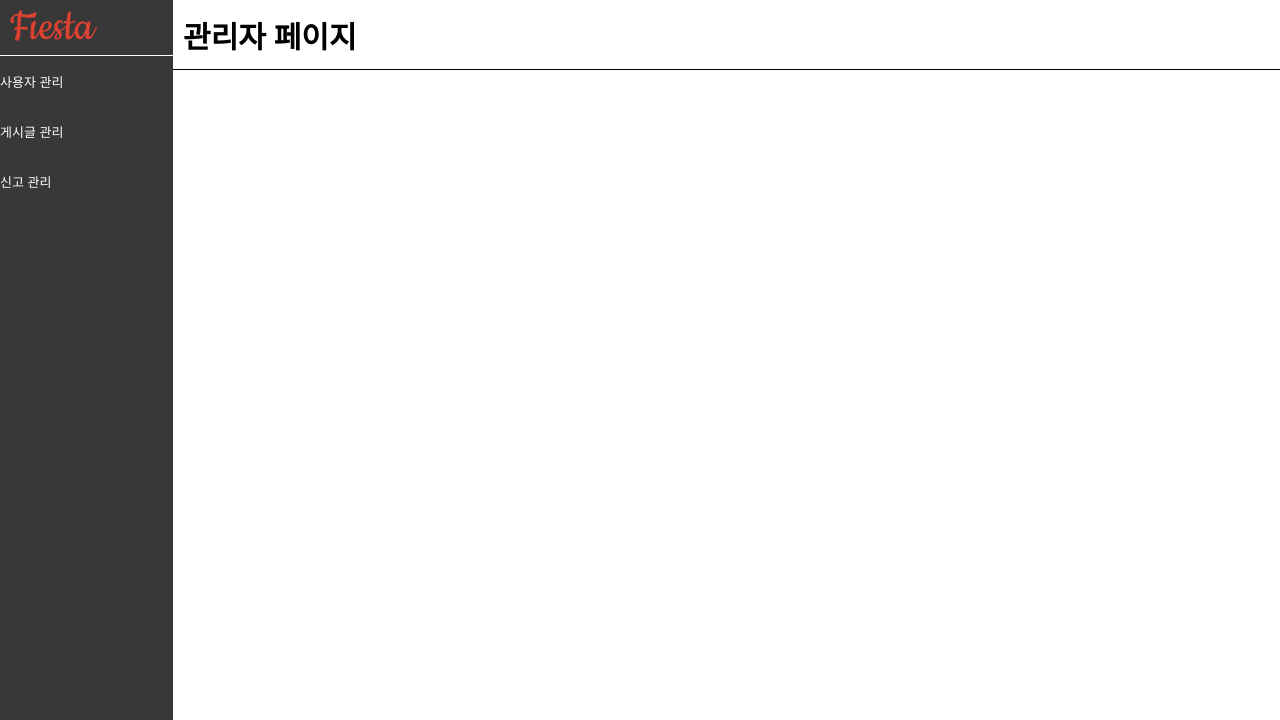
Repository: SNSFiestaTeam/Fiesta
Page: Fiesta/src/main/webapp/html/management/management.html
The author's editor kept a copy of each file at every save. The page is drawn from the files as they stood at one save, then again after the next save.
The browser window is 1280 px wide. The pictures show the whole page.
Some web fonts or font styles are not loaded; a fallback is used.

Above is the page before, as saved 2022-12-06 11:54:04.

After the next save:
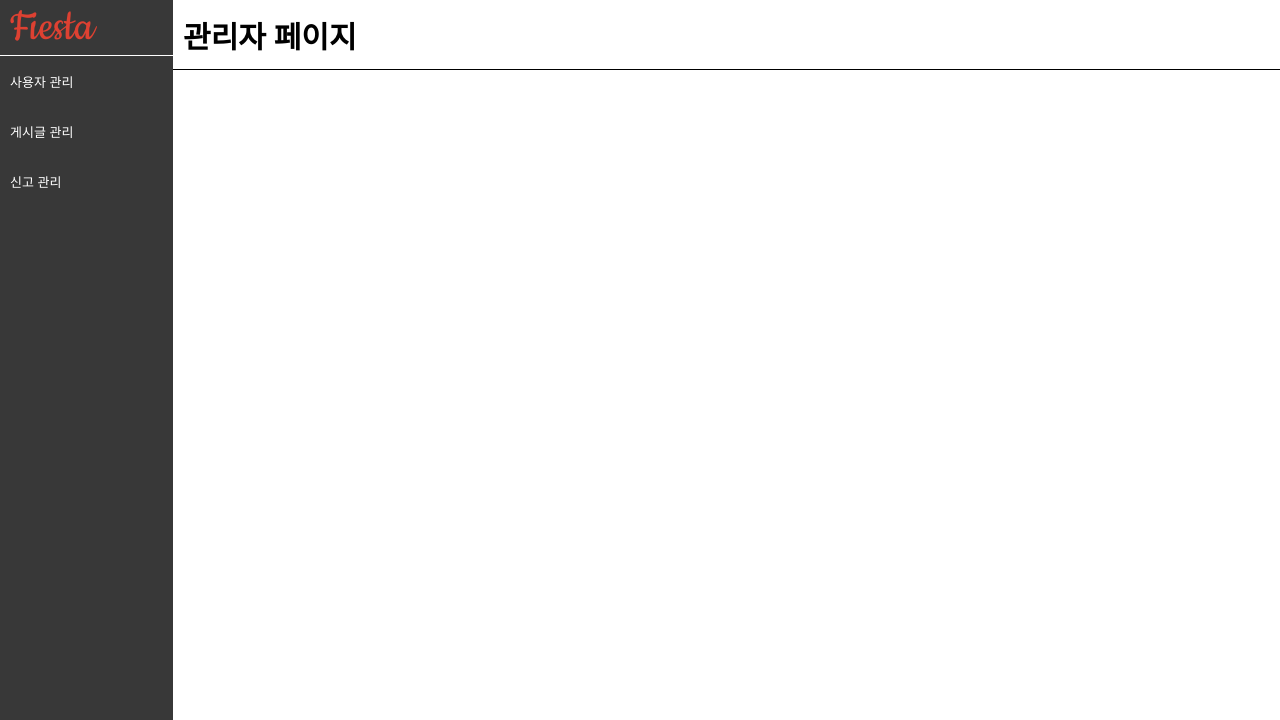
Saved 22 s later.
--- a/Fiesta/src/main/webapp/resources/css/management/management.css
+++ b/Fiesta/src/main/webapp/resources/css/management/management.css
@@ -28,6 +28,10 @@ body {
 
 
   font-size: 13px;
+}
+
+.sidebar > .button {
+  padding-left: 10px;
 }
 
 .title {
